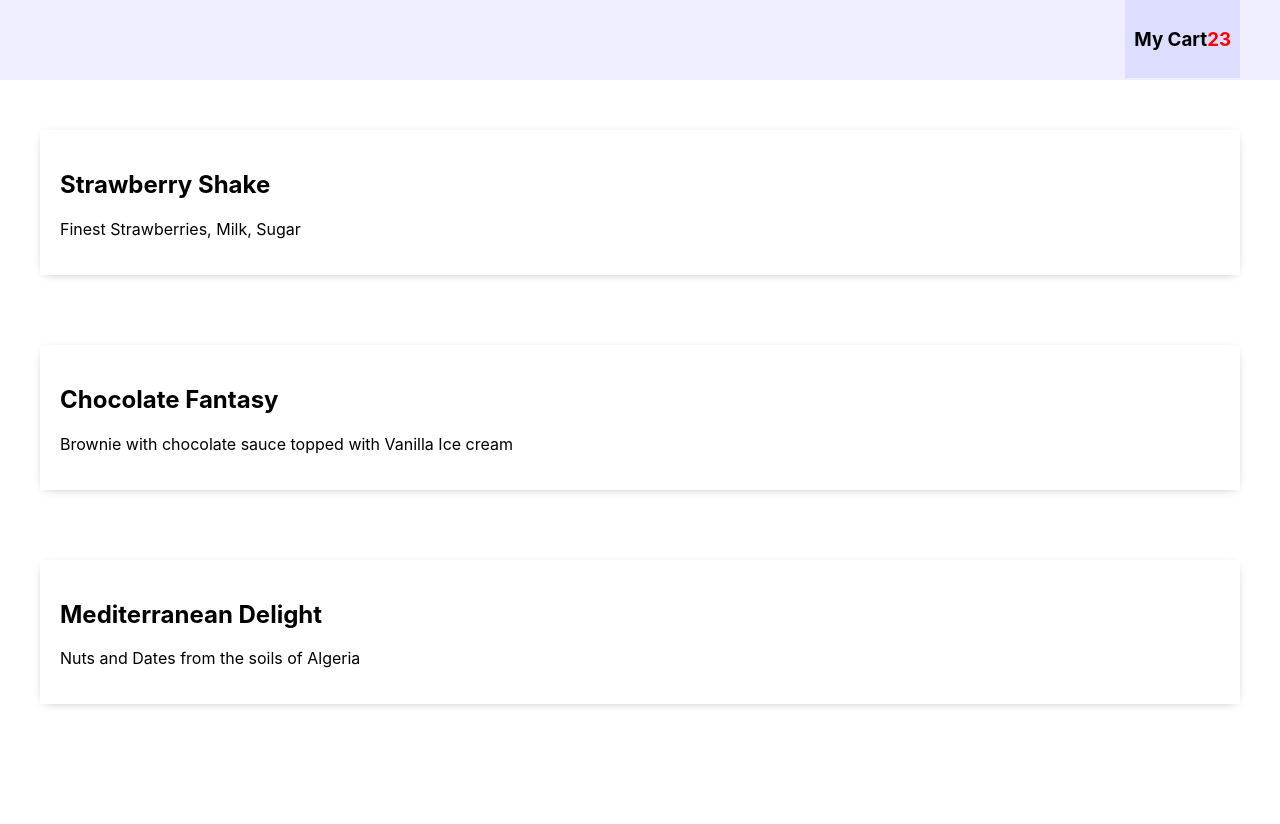
Repository: suhail-yazdan/shopping-cart-react
Page: /
The author's editor kept a copy of each file at every save. The page is drawn from the files as they stood at one save, then again after the next save.
The browser window is 1280 px wide. The pictures show the whole page.
The project was rebuilt for these pictures with package versions that can differ from the ones it lists, and the page was loaded fresh each time.

Above is the page before, as saved 2023-10-07 13:26:06.

### src/App.js
import { useState } from 'react';
import './App.css';
import Card from "./Card.jsx";
import Cart from "./Cart.jsx";

function App() {
  const [displayCart, setDisplayCart] = useState(false);
  const [products, setProducts] = useState([
    {
      pid: 1,
      name: "Strawberry Shake",
      desc: "Finest Strawberries, Milk, Sugar",
      price: 149,
      quantity: 0
    },
    {
      pid: 2,
      name: "Chocolate Fantasy",
      desc: "Brownie with chocolate sauce topped with Vanilla Ice cream",
      price: 249,
      quantity: 0
    },
    {
      pid: 3,
      name: "Mediterranean Delight",
      desc: "Nuts and Dates from the soils of Algeria",
      price: 329,
      quantity: 0
    }
  ])

  const handleQuantityIncreased = (prod, e) =>{
    e.stopPropagation();
    let sProducts = [...products];
    const ind = sProducts.indexOf(prod);
    if(sProducts[ind].quantity >= 0) sProducts[ind].quantity++;
    setProducts(sProducts)
    setDisplayCart(true)
  }

  const handleQuantityDecreased = (prod, e) =>{
    e.stopPropagation();
    let sProducts = [...products];
    const ind = sProducts.indexOf(prod);
    if(sProducts[ind].quantity > 0) sProducts[ind].quantity--;
    setProducts(sProducts)
    setDisplayCart(true)
  }

  return (
    <div>
      <header>
        <div className="grid1200">
          <Cart showCart={displayCart} />
        </div>
      </header>

      <main>
        <div className="grid1200">
          {products.map((product) => (
            <Card
              key = {product.pid}
              productDetail = {product}
              onQuantityIncreased = {e => handleQuantityIncreased(product, e)}
              onQuantityDecreased = {e => handleQuantityDecreased(product, e)}
            />
          ))}
        </div>
      </main>
    </div>
  );
}

export default App;

### src/App.css
main {
  padding: 50px 0px;
}

div.grid1200 {
  width: 1200px;
  margin: 0px auto;
}

header {
  height: 80px;
  background-color: #eef;
}

### src/Card.jsx
import React, { useState } from 'react'
import Counter from './Counter'
import "./cardstyle.css"

const Card = (props) => {
  const [cardSelected, setCardSelected] = useState(false)

  const getCardClass = () => {
    let cardClass = cardSelected === true ? "card selected" : "card deselected";
    return cardClass
  }

  const getOverlayState = () => {
    let overlayClass = cardSelected === true ? "overlay show" : "overlay hide";
    return overlayClass;
  };

  return (
    <div className={getCardClass()} onClick={() => setCardSelected(!cardSelected)}>
      <h2> {props.productDetail.name} </h2>
      <p>{props.productDetail.desc}</p>
      <div className={getOverlayState()}>
        <Counter
          product = {props.productDetail}
          onIncrement={props.onQuantityIncreased}
          onDecrement={props.onQuantityDecreased}
          />
      </div>
    </div>
  )
}

export default Card

### src/Cart.jsx
import "./cartstyle.css"

const Cart = (props) => {
  return (
    <div className="cart">
      <h3> My Cart<span className="totalItems">23</span> </h3>
      {props.showCart &&
      <div className="">
        <ul>
            <li>
              0
            </li>
        </ul>
      </div>


      }

    </div>
  )
}

export default Cart

### src/Counter.js
import "./counterstyle.css";

export default function Counter(props) {
    return (
      <div className="counter">
        Quantity &nbsp;
        <span className={props.product.quantity === 0 ? "badge badge-warning" : "badge badge-primary"}>
          {props.product.quantity === 0 ? "Zero": props.product.quantity}
        </span>
        &nbsp;
        <button className="btn btn-secondary" onClick={props.onIncrement}>
          +
        </button>
        <button className="btn btn-secondary" onClick={props.onDecrement}>
          -
        </button>
      </div>
    );
}

### src/cardstyle.css
.card {
  padding: 20px;
  margin-bottom: 70px;
  cursor: pointer;
  box-shadow: 0px 2px 10px -5px rgba(0, 0, 0, 0.4);
  position: relative;
}

.selected {
  background-color: rgba(220, 235, 255, 0.7);
}

.deselected {
  background-color: white;
}

.overlay {
  width: 100%;
  height: 100%;
  position: absolute;
  z-index: 20;
  top: 0px;
  left: 0px;
}

.show {
  display: block;
}

.hide {
  display: none;
}

### src/cartstyle.css
div.cart {
  padding: 9px;
  background-color: #ddf;
  float: right;
  position: relative;
  cursor: pointer;
}

div.popup {
  position: absolute;
  z-index: 200;
  width: 200px;
  height: 150px;
  padding: 15px 20px;
  background-color: #ccd;
  top: 80px;
  right: 0px;
}

.menu-on {
  display: block;
}

.menu-off {
  display: none;
}

.cart ul {
  margin: 0px;
  padding: 0px;
  list-style-type: none;
}

.cart ul li {
  line-height: 40px;
}


.totalItems{
  color: red;
}

### src/counterstyle.css
.counter {
    float: right;
    margin-top: 65px;
    margin-right: 50px;
    display: flex;
    align-items: center;
  }

  .badge {
    padding: 2px 8px;
    border-radius: 6px;
    background-color: #222;
    font-weight: bold;
  }

  .badge-primary {
    background-color: #36b;
    color: white;
  }

  .badge-secondary {
    background-color: #666;
    color: white;
  }

  .badge-warning {
    background-color: #db0;
    color: black;
  }

  .btn {
    padding: 4px 8px;
    border-radius: 3px;
    cursor: pointer;
    background-color: #222;
    color: white;
    border: none;
    margin-left: 3px;
  }

  .btn-secondary {
    background-color: #666;
  }

  .btn-danger {
    background-color: #d33;
  }

Loaded but not shown: public/index.html (common file); src/index.js (common file); src/index.css (common file); src/reportWebVitals.js (common file)

After the next save:
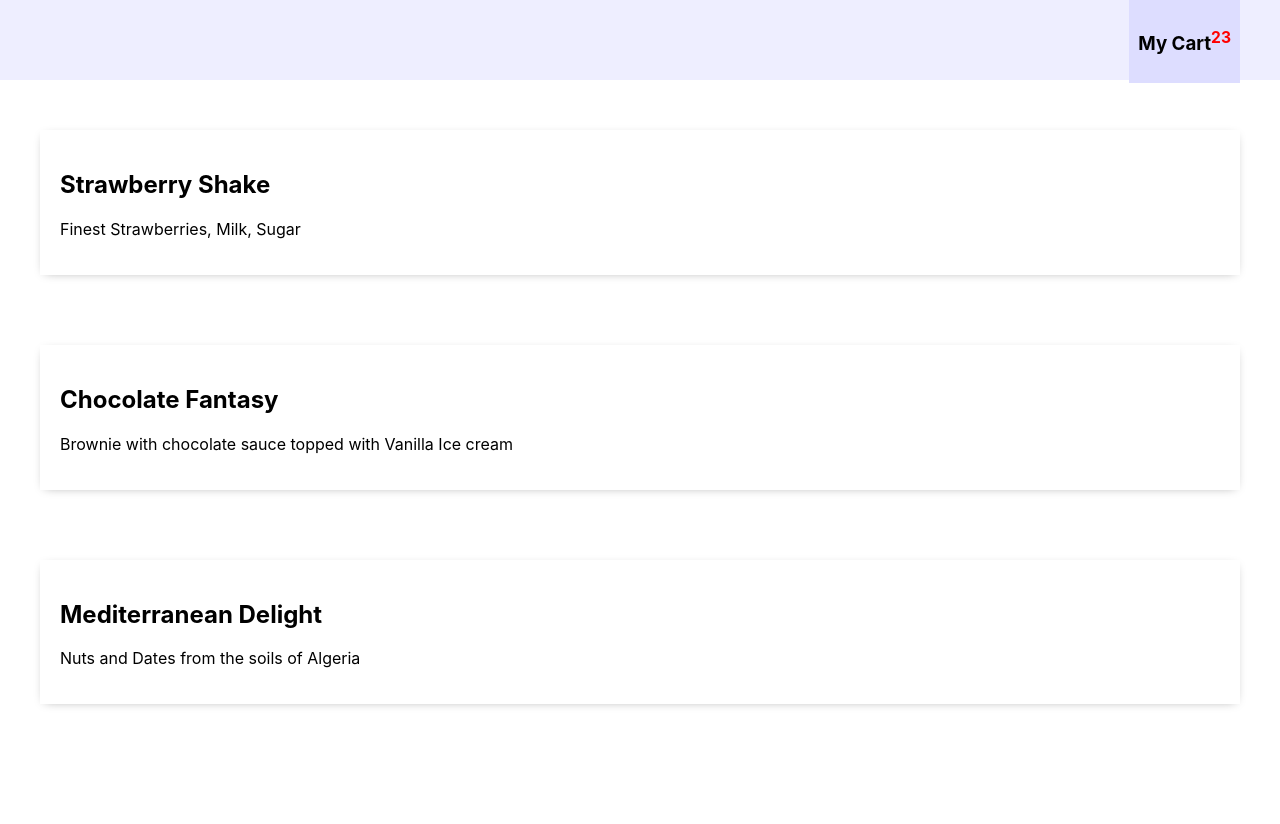
Saved 2 min 6 s later.
--- a/src/Cart.jsx
+++ b/src/Cart.jsx
@@ -3,7 +3,7 @@ import "./cartstyle.css"
 const Cart = (props) => {
   return (
     <div className="cart">
-      <h3> My Cart<span className="totalItems">23</span> </h3>
+      <h3> My Cart<sup className="totalItems">23</sup> </h3>
       {props.showCart &&
       <div className="">
         <ul>
